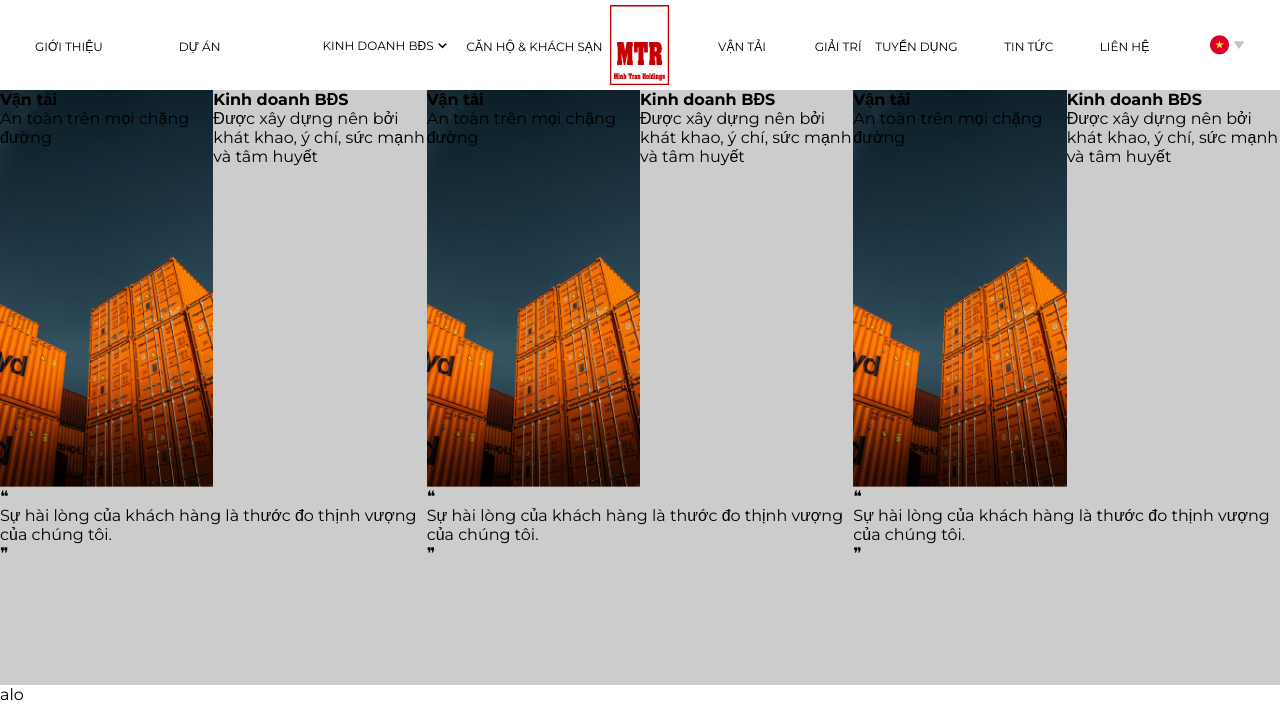
Repository: ntbinh0602/web-bat-dong-san
Page: index.html
These files come from the project's save history. The page is drawn as it stood at one moment and after the next save; the edit follows.
The browser window is 1280 px wide. The pictures show the whole page.

Above is the page before, as saved 2022-09-04 22:41:43.

After the next save:
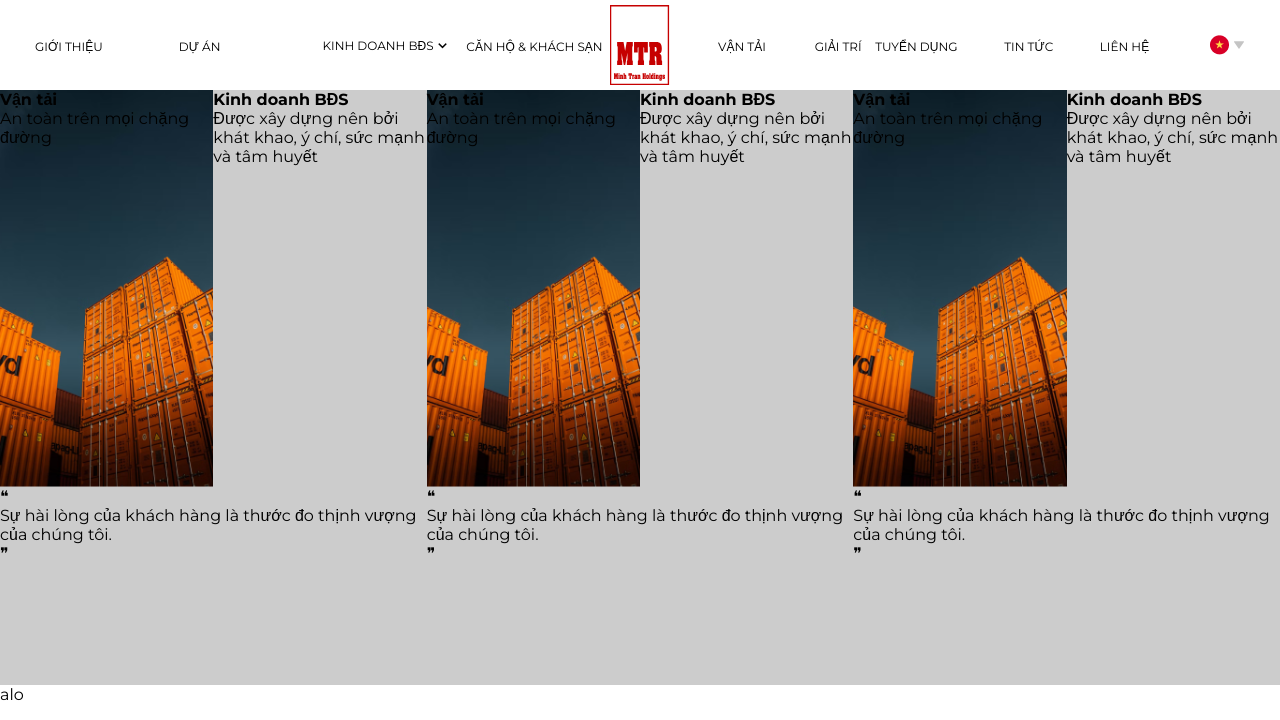
Saved 55 s later.
--- a/assets/css/main.css
+++ b/assets/css/main.css
@@ -92,6 +92,11 @@
     background: url("../img/van-tai.png");
     background-repeat: no-repeat;
     background-size: cover;
+    background-position: center;
+}
+
+.content-top-right {
+
 }
 
 .content-bottom {
